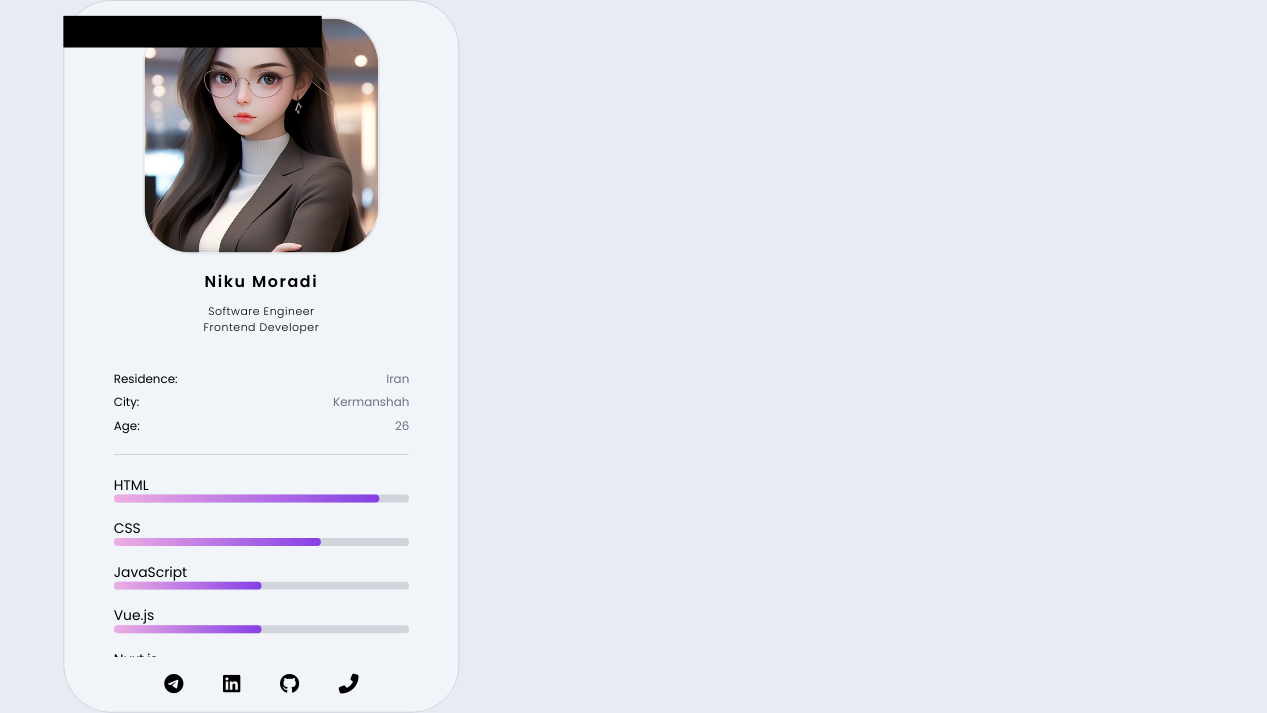
Repository: NikuMoradi/niku-moradi
Page: /
An editor plug-in stored every save of this project. The page is shown before and after the next save, followed by the edit.
The browser window is 1280 px wide. The pictures show the whole page, at 99% of full size.
The project was rebuilt for these pictures with package versions that can differ from the ones it lists, and the page was loaded fresh each time. The framework's server and built-in components were replaced by stand-ins that run in the browser. Also part of the build but not shown: nuxt.config.ts, components/Blog Posts/Component-Design.vue, components/Blog.vue, components/Contact.vue, components/Education.vue, components/Experience.vue, components/Hero.vue, components/Menu.vue and 3 more.

Above is the page before, as saved 2024-11-30 19:53:56.

After the next save:
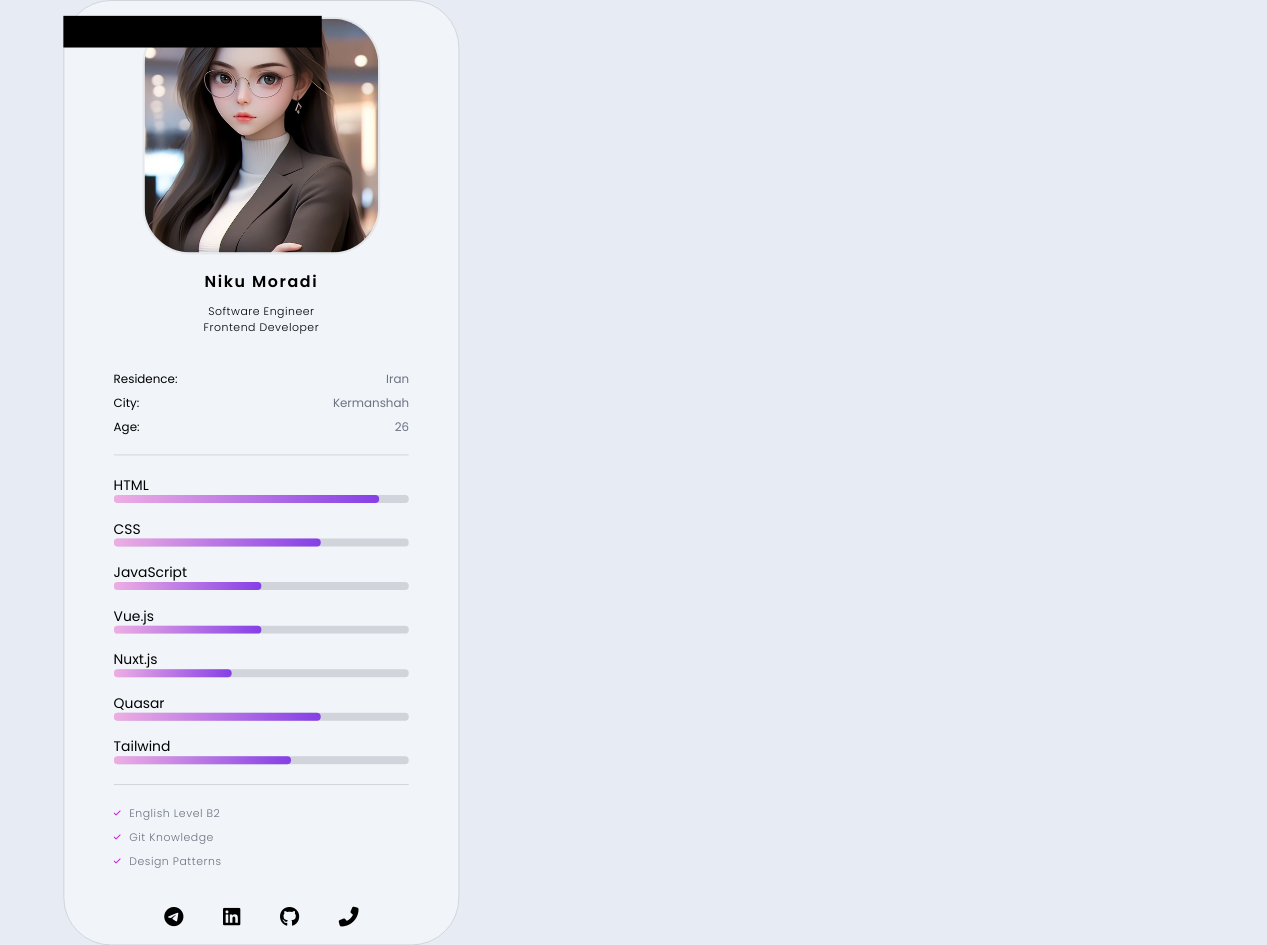
Saved 87 s later.
--- a/components/LeftPanel.vue
+++ b/components/LeftPanel.vue
@@ -1,7 +1,7 @@
 <template>
   <div
     class="text-black w-[400px] flex flex-col items-center bg-slate-100 border border-gray-300 rounded-4xl"
-    style="height: calc(100vh)"
+    style="height: calc(100% - 5rem)"
   >
     <!-- Header-->
     <div class="w-full py-4 flex flex-col items-center justify-center">
